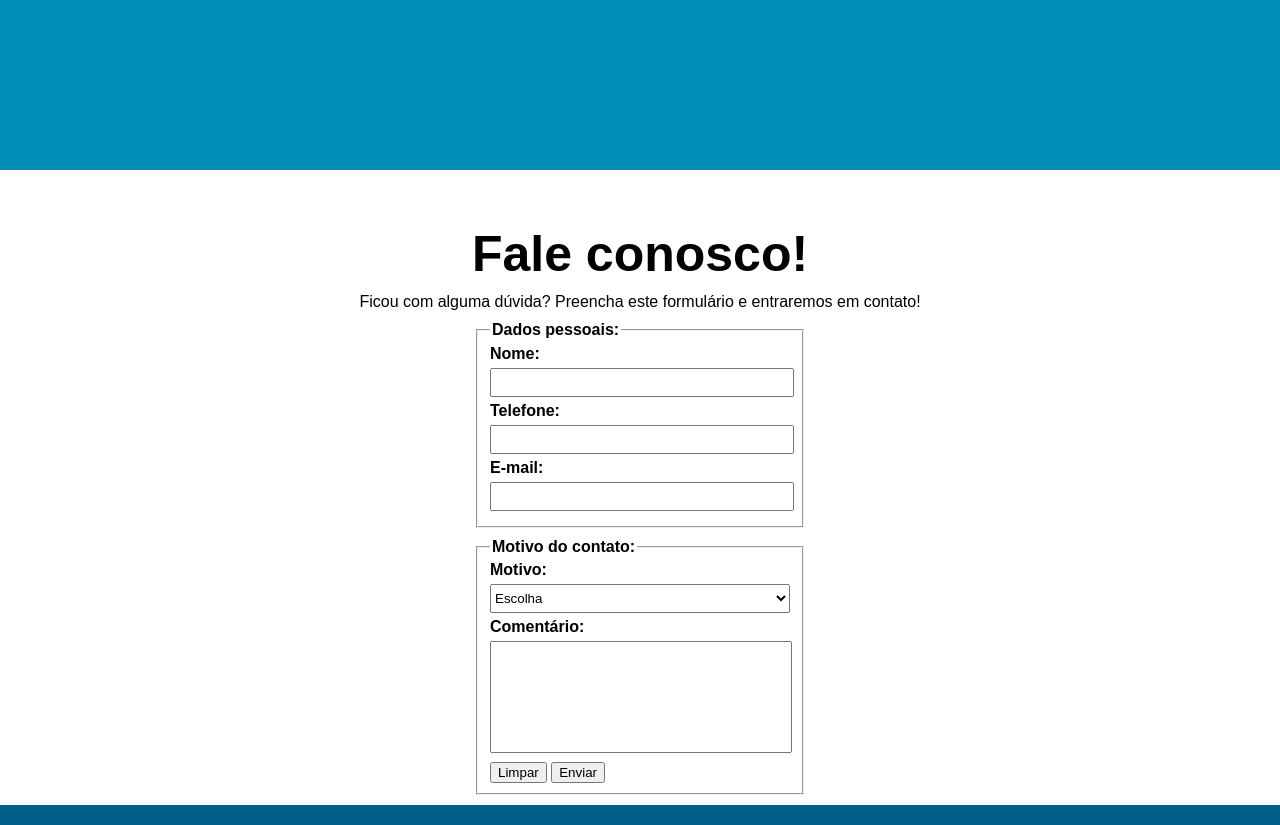
Repository: viniJulio/Coldigo
Page: ProjetoTrilhaWeb/WebContent/pages/site/faleconosco.html
An editor plug-in stored every save of this project. The page is shown before and after a run of saves, followed by the edit.
The browser window is 1280 px wide. The pictures show the whole page.

Above is the page before, as saved 2023-03-08 00:00:07.
Console error: SyntaxError: Unexpected end of input

### ProjetoTrilhaWeb/WebContent/pages/site/faleconosco.html
<!DOCTYPE html>
<html lang="pt-br">
<head>
<meta charset="UTF-8">
<meta name="description" content="Site da Coldigo Geladeiras">
<meta name="keywords" content="Geladeiras, Frost-free, Refrigeração">
<meta name="author" content="Escola Sistêmica">
<meta name="viewport" content="widht=device-widht, initial-scale=1.0">

<title>Coldigo Geladeiras</title>
<link rel="stylesheet" type="text/css" href="../../css/site.css">
<script src="https://code.jquery.com/jquery-3.6.3.min.js"></script>
<script src="../../js/site.js"></script>
</head>
<body>
	<header> </header>

	<nav></nav>

	<section>
		<h2>Fale conosco!</h2>
		<p>Ficou com alguma dúvida? Preencha este formulário e entraremos
			em contato!</p>
		<form name="frmfaleconosco" method="get" action="#"
			onsubmit="return validaFaleConosco()">
			<fieldset class="faleConosco">
				<legend>Dados pessoais:</legend>
				<label for="nome">Nome: </label> <input type="text" name="txtnome"
					id="nome"> <label for="fone">Telefone: </label> <input
					type="text" name="txtfone" id="fone"> <label for="email">E-mail:
				</label> <input type="email" name="txtemail" id="email">
			</fieldset>
			<fieldset class="faleConosco">
				<legend>Motivo do contato:</legend>
				<label for="motivo">Motivo: </label> <select name="selmotivo"
					id="motivo" onchange="verificaMotivo(this.value)">
					<option value="">Escolha</option>
					<option value="RE">Reclamação</option>
					<option value="SU">Sugestão</option>
					<option value="PR">Informações sobre produto</option>
				</select>
				<div id="opcaoProduto"></div>
				<label for="comentario">Comentário: </label>
				<textarea name="txacomentario" id="comentario"></textarea>
				<button type="reset">Limpar</button>
				<button type="submit">Enviar</button>
			</fieldset>
		</form>
	</section>
	<footer> </footer>
</body>
</html>

### ProjetoTrilhaWeb/WebContent/css/site.css
@charset "UTF-8";

/*Configuração geral do corpo da página*/
body {
	margin: 0 auto;
	padding:0;
	font-family: "Century Gothic", sans-serif;
}

/**********************
configurações gerais
***********************/

/*cabeçalho*/
header {
	height: 170px;
	background-color: #008eb6;
}

header img {
	float: left;
	height: 150px;
	width: 150px;
	margin: 10px;
}

header h1 {
	float: left;
	margin: 50px 0 0 30px;
	font-size: 60px;
	color: #ffffff;
}

/*menu*/
nav {
	clear: both;
	width: 80%;
	margin: 0px auto;
	height: 55px;
}

nav a {
	color: white;
	text-decoration: none;
	text-align: center;
}

nav .opcao {
	float: left;
	width: 31.3%;
	background-color: #b1ccf5;
	padding: 10px 0;
	margin: 0 1%;
	font-size: 26px;
}

nav .opcao:hover {
	background-color: #83afd3;
}

/*Área geral para conteúdos específicos de cada pág*/
section {
	clear: both;
	min-height: 400px;
	width: 100%;
	margin-top: 0px;

}

/*Rodapé*/
footer{
	background-color: #005f89;
	color:#fff;
	text-align: center;
	padding:10px;
}

/***********
Página inicial
************/

section #topo{
	width: 900px;
	margin: 0px auto;
	height: 250px;
}

.geladeira{
	height: 250px;
	width: 125px;
}
.direita{
	float:right;
}
.esquerda{
	float:left;
}

section #titulos{
	float: left;
	height: 250px;
	width: 650px;
	margin: 0px auto;
}

h2{
	text-align: center;
	margin-top: 0px;
	margin-bottom: 10px;
	font-size: 50px;
}

h3{
	text-align: center;
	margin-top: 50px;
	font-size: 20px;
}

section p{
	clear: both;
	text-align: center;
	margin: 10px 80px;

}

/*************
Página Produtos
************/
.tabelaProdutos{
	margin: 10px auto;
	text-align: center;
}

.tituloTabela{
	text-align: center;
	font-size: 30px;
	font-weight: bold;
	color:#fff;
	padding:5px;
	border:transparent;
}
tr,td,th{
	border: 1px solid #B0C4DE;
	padding: 5px;
}

tr,td{
	font-size: 14px;

}

tr:nth-child(even) {
	background-color: #b1ccf5;

}
tr:nth-child(odd) {
	background-color: #83afd3;
}

.tabelaSecundaria{
	margin:10px auto;
	text-align: center;
}

.tituloSecundario{
	text-align: center;
	font-size: 30px;
	font-weight: bold;
	color:#fff;
	padding:5px;
	border:transparent;
}

/************
Página faleConosco
*************/

.faleConosco{
	width: 300px;
	margin:0px auto;
	font-weight: bold;
	margin-bottom: 10px;
}

.faleConosco input, .faleConosco textarea, .faleConosco select{
	margin: 5px auto;
	width: 100%;
	padding: 5px 0;
}

.faleConosco textarea{
	height: 100px;
	resize:none;
width: 100%;
}
.faleConosco buttom{
	width:30%;
	margin: 0 10%;
	background-color: #b1ccf5;
	font-weight: bold;
	font-size: 16px;

}

### ProjetoTrilhaWeb/WebContent/js/site.js
function validaFaleConosco() {
	if (document.frmfaleconosco.txtnome.value == "") {
		alert("Preencha o campo nome");
		document.frmfaleconosco.txtnome.focus();
	} else {
		if (document.frmfaleconosco.txtfone.value == "") {
			alert("Preencha o campo telefone");
			document.frmfaleconosco.txtfone.focus();
		} else {
			if (document.frmfaleconosco.txtemail.value == "") {
				alert("Preencha o campo email");
				document.frmfaleconosco.txtemail.focus();
			} else {
				if (document.frmfaleconosco.txacomentario.value == "") {
					alert("Preencha o campo comentário");
					document.frmfaleconosco.txacomentario.focus();
					return false;
				}

				return true;
			}}}


			function verificaMotivo(motivo) {

				var elemento = document.getElementById("opcaoProduto");

				//se o valor da variavel motivo for "PR"
				if (motivo == "PR") {
					//Criamos um elemento (tag) <select> e guardamos na varíavel homônima
					var select = document.createElement("select");
					//setamos nesse novo select o atributo 'name' com o valor 'selproduto'
					select.setAttribute("nome", "selproduto");
					//conteúdo atual da variável select:
					//<select name="selproduto"></select>

					//Criamos um elemento(tag)<option> e guardamos na variável homônima
					var option = document.createElement("option");
					//setamos nesse novo option o atributo 'value' com o valor vazio
					option.setAttribute("value", "");
					//Criamos um ní de texto "Escolha" e gravamos na variável 'texto'
					var texto = document.createTextNode("Escolha");
					//colocamos o nó de texto criado como "filho" da tag option criada
					option.appendChild(texto)
					//conteudo atual da variavel option;
					//<option value="">Escolha>/option>

					//colocamos o option criado como "filho" da tag option criada
					select.appendChild(option);
					//conteudo atual da variavel select:
					//<select name="selproduto"><option value="">Escolha</option></select>

					//criamos ul elemento (tag) <option> e guardamos na variável homônima
					var option = document.createElement("option");
					//setamos nesse novo option o atributo "value" com o valor "FR"
					option.setAttribute("value", "FR");
					//criamos um nó de texto "Freezer" e gravamos na variável 'texto'
					var texto = document.createTextNode("Freezer");
					//Colocamos o nó de texto criado como 'filho' da tag option criada
					option.appendChild(texto);
					//conteudo atual da variavel option:
					//<option value="FR">Freezer</option>

					//colocamos o option criado como "filho"da tag select criada
					select.appendChild(option);
					//conteudo atual da variavel select:
					/*
					<select name="selproduto">
					<option value="">Escolha</option><option value="FR">Freezer</option>
					</select>
					*/

					//criamos ul elemento (tag) <option> e guardamos na variável homônima
					var option = document.createElement("option");
					//setamos nesse novo option o atributo "value" com o valor "GE"
					option.setAttribute("value", "GE");
					//criamos um nó de texto "Freezer" e gravamos na variável 'texto'
					var texto = document.createTextNode("Geladeira");
					//Colocamos o nó de texto criado como 'filho' da tag option criada
					option.appendChild(texto);
					//conteudo atual da variavel option:
					//<option value="GE">Freezer</option>

					//colocamos o option criado como "filho"da tag select criada
					select.appendChild(option);
					//conteudo atual da variavel select:
					/*
					<select name="selproduto">
					<option value="">Escolha</option><option value="FR">Freezer</option>
					</select>
					*/

					//colocamos o select criado como "filho" da tag div capturada no inicio da função
					elemento.appendChild(select);
					//se o valor da variavel motivo não foi "PR"...
				} else {
					//se a div possuir algum "primeiro filho"
					if (elemento.firstChild)
						//removemos ele
						elemento.removechild(elemento.firstChild);
				}
			}




$(document).ready(function() {

				//carrega cabeçalho, menu e rodapé aos respectivos locais
				$("header").load("/ProjetoTrilhaWeb/pages/site/general/cabecalho.html");
				$("nav").load("/ProjetoTrilhaWeb/pages/site/general/menu.html");
				$("footer").load("/ProjetoTrilhaWeb/pages/site/general/rodape.html");

			});

### ProjetoTrilhaWeb/WebContent/pages/site/general/cabecalho.html

<img src="/ProjetoTrilhaWeb/imgs/logo.png" alt="Logo da Coldigo Geladeiras">
<h1>Coldigo Geladeiras</h1>

### ProjetoTrilhaWeb/WebContent/pages/site/general/menu.html

<a href="/ProjetoTrilhaWeb/index.html">
	<div class="opcao">Início</div>
</a>
<a href="/ProjetoTrilhaWeb/pages/site/produtos.html">
	<div class="opcao">Produtos</div>
</a>
<a href="/ProjetoTrilhaWeb/pages/site/faleconosco.html">
	<div class="opcao">Fale Conosco</div>
</a>

### ProjetoTrilhaWeb/WebContent/pages/site/general/rodape.html

Copyright &copy; Escola Sistêmica 2019

After the next 2 saves:
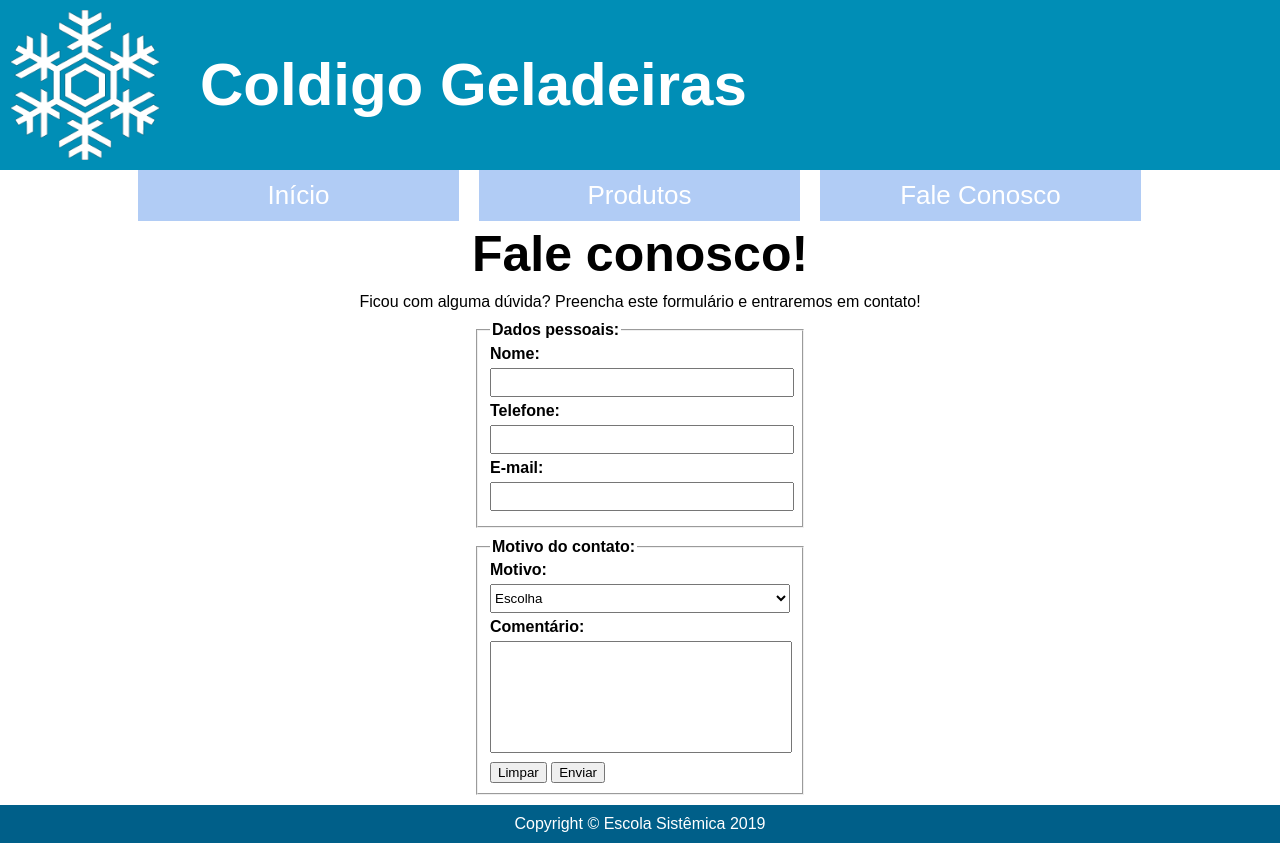
The error is gone.
The 2 saves are shown as one change because they came seconds apart.
The last was saved 11 s later.
--- a/ProjetoTrilhaWeb/WebContent/js/site.js
+++ b/ProjetoTrilhaWeb/WebContent/js/site.js
@@ -18,7 +18,7 @@ function validaFaleConosco() {
 				}
 
 				return true;
-			}}}
+			}}}}
 
 
 			function verificaMotivo(motivo) {
